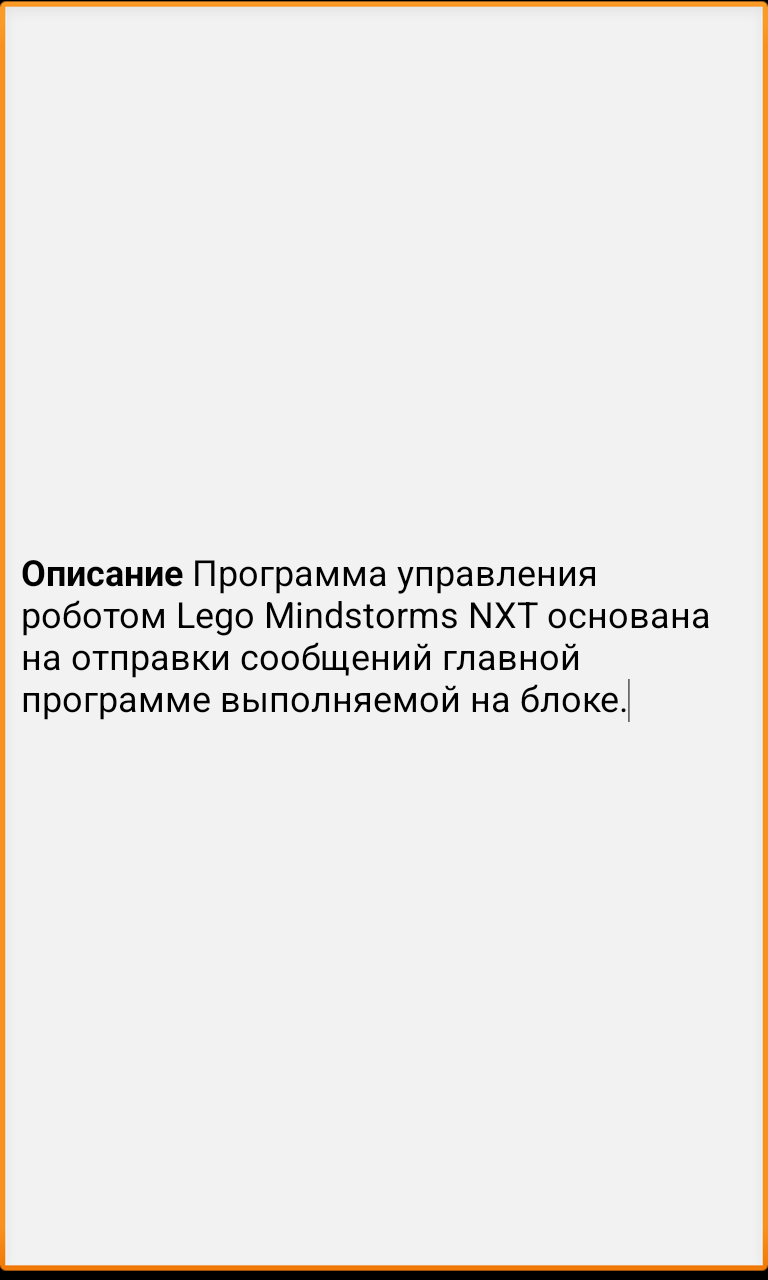
Repository: ssbayanov/panhandlerNXT
Layout: poproshaika/res/layout/help.xml
An editor plug-in stored every save of this project. The layout is shown before and after the next save, followed by the edit.
It is drawn on a 768 x 1280 px phone screen (xhdpi) without system bars, with theme android:Theme; the app's code is not run.

Above is the layout before, as saved 2012-11-06 06:43:44.

### poproshaika/res/layout/help.xml
<?xml version="1.0" encoding="utf-8"?>
<LinearLayout xmlns:android="http://schemas.android.com/apk/res/android"
    android:layout_width="fill_parent"
    android:layout_height="fill_parent"
    android:orientation="vertical" >

    <EditText
        android:id="@+id/content"
    	android:layout_width="fill_parent"
    	android:layout_height="fill_parent"
    	android:text="@string/help_content"
        android:inputType="textMultiLine" >

        <requestFocus />
    </EditText>

</LinearLayout>

### poproshaika/res/values/strings.xml
<?xml version="1.0" encoding="utf-8"?>
<resources xmlns:xliff="urn:oasis:names:tc:xliff:document:1.2">

    <string name="app_name">Управление NXT</string>

    <!--  BluetoothChat -->
    <string name="send">Send</string>
    <string name="not_connected">Устройство не подключено</string>
    <string name="bt_not_enabled">Bluetooth выключен.\n Включите его для работы</string>
    <string name="bt_enabled">Bluetooth включен</string>
    <string name="bt_not_supported">Bluetooth не поддерживается</string>
    <string name="title_connecting">Соединение&#8230;</string>
    <string name="title_connected_to">Соединение с <xliff:g id="device_name">%1$s</xliff:g></string>
    <string name="title_not_connected">Не удалось подключиться</string>
    <string name="title_connection_close">Соединение разорвоно</string>


    <!--  DeviceListActivity -->
    <string name="scanning">Сканируем устройства&#8230;</string>
    <string name="select_device">Выберите устройство для соединения</string>
    <string name="none_paired">Нет соединённых устройств</string>
    <string name="none_found">Устройства не найдены</string>
    <string name="button_scan">Найти устройства</string>
    <string name="connected_devices">Подключенные устройства</string>
    <string name="descovered_devices">Найденные устройства</string>

    <!-- Options Menu -->
    <string name="secure_connect">Подключить устройсто</string>
    <string name="run_programm">Запустить программу</string>
    <string name="disconnect">Отключить устройсто</string>
    <string name="discoverable">Сделать видимым</string>
    <string name="help">Помощь</string>

    <!-- Main Layout -->
    <string name="main_title">Программа управления NXT v1.1</string>
    <string name="robot_name">Имя робота</string>
    <string name="foward_left">↖</string>
    <string name="foward">↑</string>
    <string name="foward_right">↗</string>
    <string name="left">←</string>
    <string name="button_scan_off">Выкл</string>
    <string name="button_scan_on">Вкл</string>
    <string name="right">→</string>
    <string name="backward_left">↙</string>
    <string name="backward">↓</string>
    <string name="backward_right">↘</string>

    <!-- Preferances -->
    <string name="preferences">Настройки</string>
    <string name="summary_preferences">Общие</string>
    <string name="title_preference_show_battery">Отобразить заряд баттареи</string>
    <string name="summary_on_preference_show_battery">Отображается</string>
    <string name="summary_off_preference_show_battery">Не отображается</string>
    <string name="robot_preferences">Робот</string>
    <string name="title_preference_name_program">Имя программы</string>
    <string name="title_preference_summary_name_program">Введите имя программы которую требуется запустить на роботе</string>
    <string name="preference_edit_this_text">Имя программы</string>

    <!--  Help  -->
    <string name="help_content">
        <b>Описание</b>
        Программа управления роботом Lego Mindstorms NXT основана на отправки сообщений главной программе выполняемой на блоке.
    </string>


</resources>

After the next save:
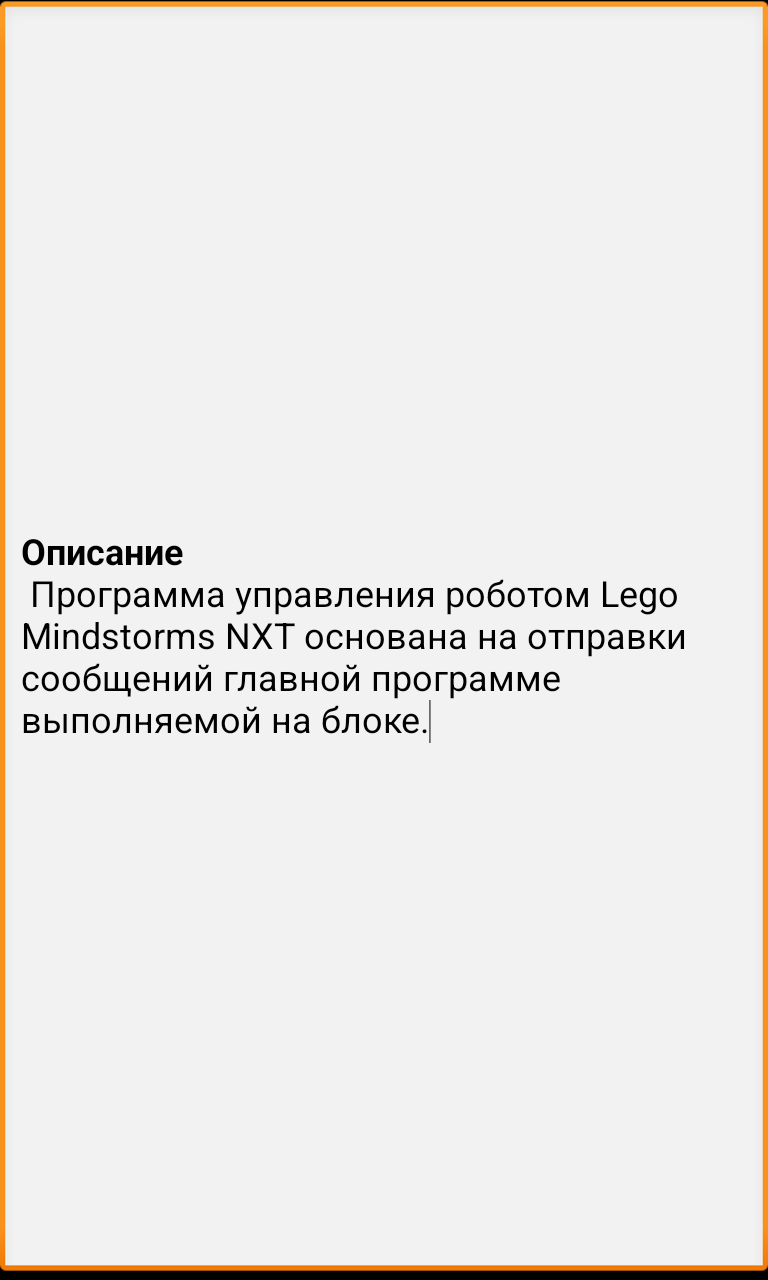
Saved 44 s later.
--- a/poproshaika/res/values/strings.xml
+++ b/poproshaika/res/values/strings.xml
@@ -58,7 +58,7 @@
 
     <!--  Help  -->
     <string name="help_content">
-        <b>Описание</b>
+        <b>Описание</b>\n
         Программа управления роботом Lego Mindstorms NXT основана на отправки сообщений главной программе выполняемой на блоке.
     </string>
 
